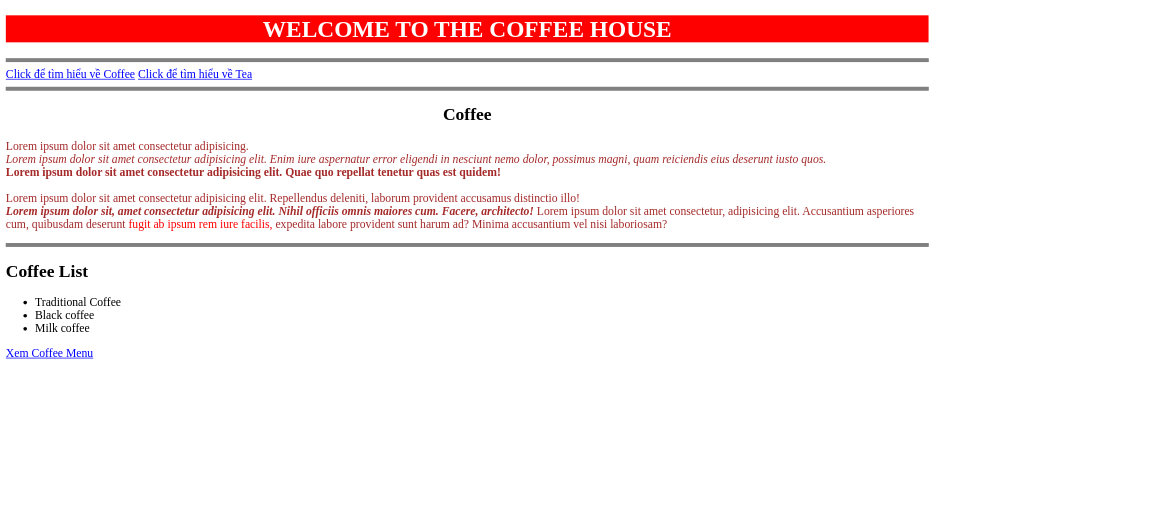
Repository: giahuy405/HomeWork_Coffee
Page: index.html
The author's editor kept a copy of each file at every save. The page is drawn from the files as they stood at one save, then again after the next save.
The browser window is 1280 px wide. The page is 1280 px wide, then 1608 px, so the pictures cover 1608 px, including what lies to the right of the window. The pictures show the whole page, at 73% of full size.

Above is the page before, as saved 2022-09-07 01:19:43.

### index.html
<!DOCTYPE html>
<html lang="en">
<head>
    <meta charset="UTF-8">
    <meta http-equiv="X-UA-Compatible" content="IE=edge">
    <meta name="viewport" content="width=device-width, initial-scale=1.0">
    <title>Document</title>
    <link rel="stylesheet" href="./css/index.css">
</head>
<body>
    <header>
        <h1 style="background-color: red;text-align:center;color:white">WELCOME TO THE COFFEE HOUSE</h1>
        <hr size="5px" noshade>
        <nav>
            <a style="color: blue;" href="#">Click để tìm hiểu về Coffee</a>
            <a style="color: blue;" href="#">Click để tìm hiểu về Tea</a>
        </nav>
        <hr size="5px" noshade>
    </header>

    <div style="color: brown;" class="coffee-intro">
        <h2   style="text-align: center;color: black;">Coffee</h2>
        <p>Lorem ipsum dolor sit amet consectetur adipisicing.
            <br>
            <i>Lorem ipsum dolor sit amet consectetur adipisicing elit. Enim iure aspernatur error eligendi in nesciunt nemo dolor, possimus magni, quam reiciendis eius deserunt iusto quos.</i>
            <br>
            <b>Lorem ipsum dolor sit amet consectetur adipisicing elit. Quae quo repellat tenetur quas est quidem!</b>
            <br><br>
            Lorem ipsum dolor sit amet consectetur adipisicing elit. Repellendus deleniti, laborum provident accusamus distinctio illo! <br>
            <b><i>Lorem ipsum dolor sit, amet consectetur adipisicing elit. Nihil officiis omnis maiores cum. Facere, architecto!</i></b>
            Lorem ipsum dolor sit amet consectetur, adipisicing elit. Accusantium asperiores cum, quibusdam deserunt <span style="color: red;">fugit ab ipsum rem iure facilis,</span> expedita labore provident sunt harum ad? Minima accusantium vel nisi laboriosam?
        </p>
        <hr size="5px" noshade>
    </div>

    <div class="coffee-list">
        <h2>Coffee List</h2>
        <ul style="list-style:disc">
            <li>Traditional Coffee</li>
            <li>Black coffee</li>
            <li>Milk coffee</li>
        </ul>
    </div>
    <a style="color: blue;" href="#">Xem Coffee Menu</a>
</body>
</html>

Loaded but not shown: css/index.css (no stored copy; drawn as an empty file)

After the next save:
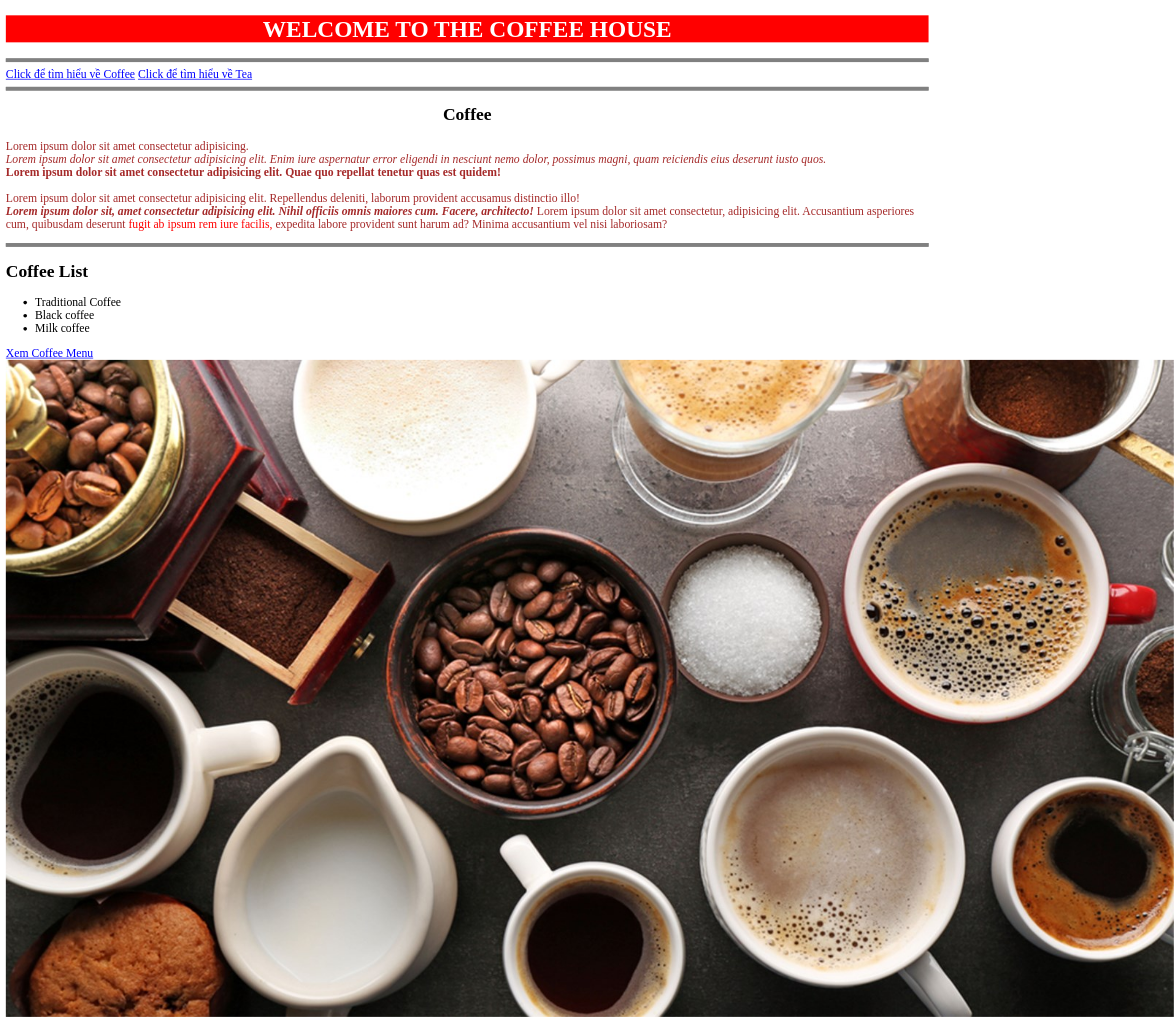
Saved 20 s later.
--- a/index.html
+++ b/index.html
@@ -42,5 +42,6 @@
         </ul>
     </div>
     <a style="color: blue;" href="#">Xem Coffee Menu</a>
+    <img src="./img/coffee.jpg" alt="">
 </body>
 </html>
